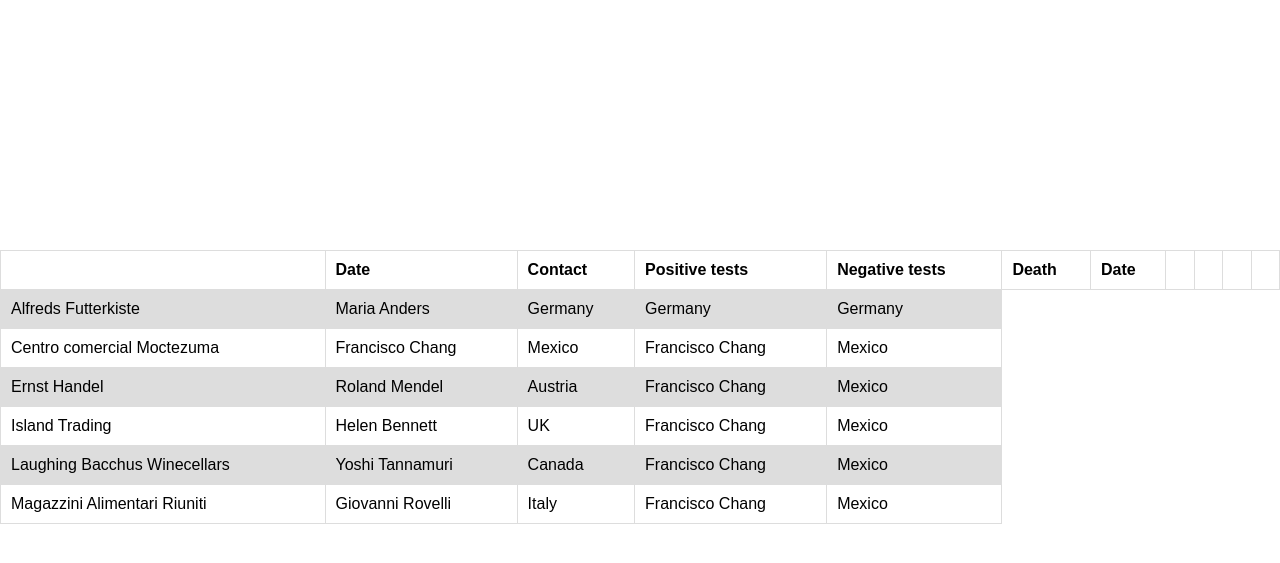
Repository: Seryozha02/ApiRequests
Page: index.html
The author's editor kept a copy of each file at every save. The page is drawn from the files as they stood at one save, then again after a run of saves.
The browser window is 1280 px wide. The pictures show the whole page.

Above is the page before, as saved 2022-09-22 21:30:17.

### index.html
<!DOCTYPE html>
<html lang="en">
<head>
    <meta charset="UTF-8">
    <meta http-equiv="X-UA-Compatible" content="IE=edge">
    <meta name="viewport" content="width=device-width, initial-scale=1.0">
    <title>Request's</title>
    <link rel="stylesheet" href="style.css">
</head>
<body>
    <table class="requests">
        <th>
            <th>Date</th>
            <th>Contact</th>
            <th>Positive tests</th>
            <th>Negative tests</th>
            <th>Death</th>
        </th>
        <th>Date</th>
        <th></th>
        <th></th>
        <th></th>
        <th></th>
        <tr>
          <td>Alfreds Futterkiste</td>
          <td>Maria Anders</td>
          <td>Germany</td>
          <td>Germany</td>
          <td>Germany</td>
        </tr>
        <tr>
          <td>Centro comercial Moctezuma</td>
          <td>Francisco Chang</td>
          <td>Mexico</td>
          <td>Francisco Chang</td>
          <td>Mexico</td>
        </tr>
        <tr>
          <td>Ernst Handel</td>
          <td>Roland Mendel</td>
          <td>Austria</td>
          <td>Francisco Chang</td>
          <td>Mexico</td>
        </tr>
        <tr>
          <td>Island Trading</td>
          <td>Helen Bennett</td>
          <td>UK</td>
          <td>Francisco Chang</td>
          <td>Mexico</td>
        </tr>
        <tr>
          <td>Laughing Bacchus Winecellars</td>
          <td>Yoshi Tannamuri</td>
          <td>Canada</td>
          <td>Francisco Chang</td>
          <td>Mexico</td>
        </tr>
        <tr>
          <td>Magazzini Alimentari Riuniti</td>
          <td>Giovanni Rovelli</td>
          <td>Italy</td>
          <td>Francisco Chang</td>
          <td>Mexico</td>
        </tr>
      </table>
</body>
<script src="script.js"></script>
</html>

### style.css
* {
        margin: 0;
        padding: 0;
        box-sizing: border-box;
}

.requests {
    font-family: arial, sans-serif;
    border-collapse: collapse;
    width: 100%;
    margin-top: 250px;
  }

  td, th {
    border: 1px solid #dddddd;
    text-align: left;
    padding: 10px;

  }

  tr:nth-child(even) {
    background-color: #dddddd;
  }

Loaded but not shown: script.js (no copy from this time; the picture is the same without it)

After the next 2 saves:
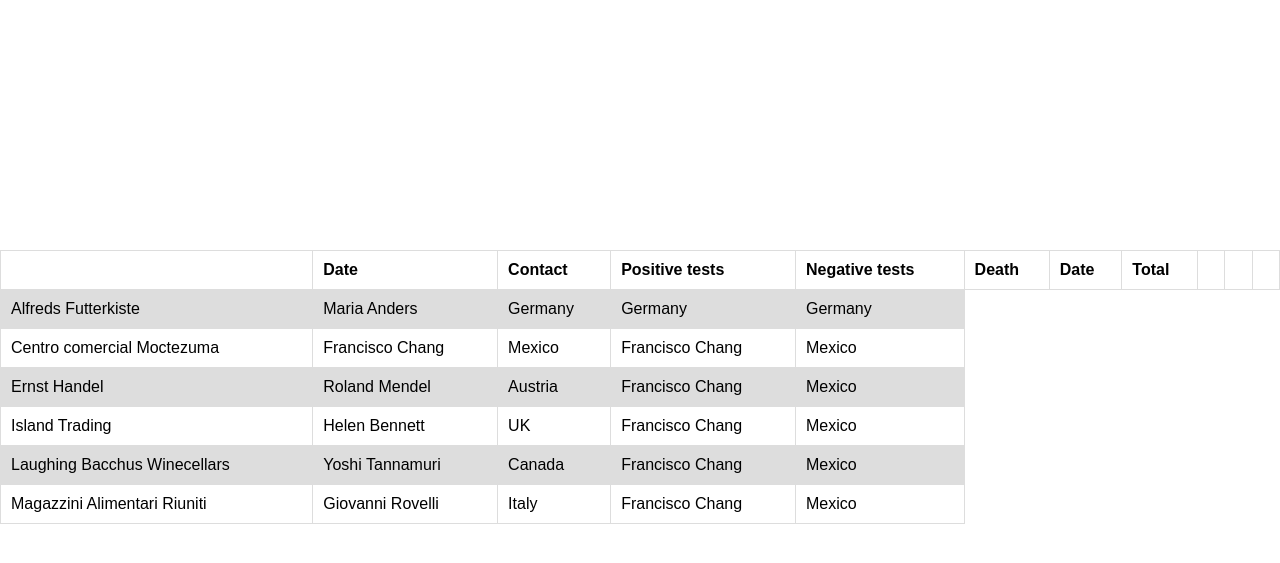
The 2 saves are shown as one change because they came seconds apart.
The last was saved 6 s later.
--- a/index.html
+++ b/index.html
@@ -17,7 +17,7 @@
             <th>Death</th>
         </th>
         <th>Date</th>
-        <th></th>
+        <th>Total</th>
         <th></th>
         <th></th>
         <th></th>
